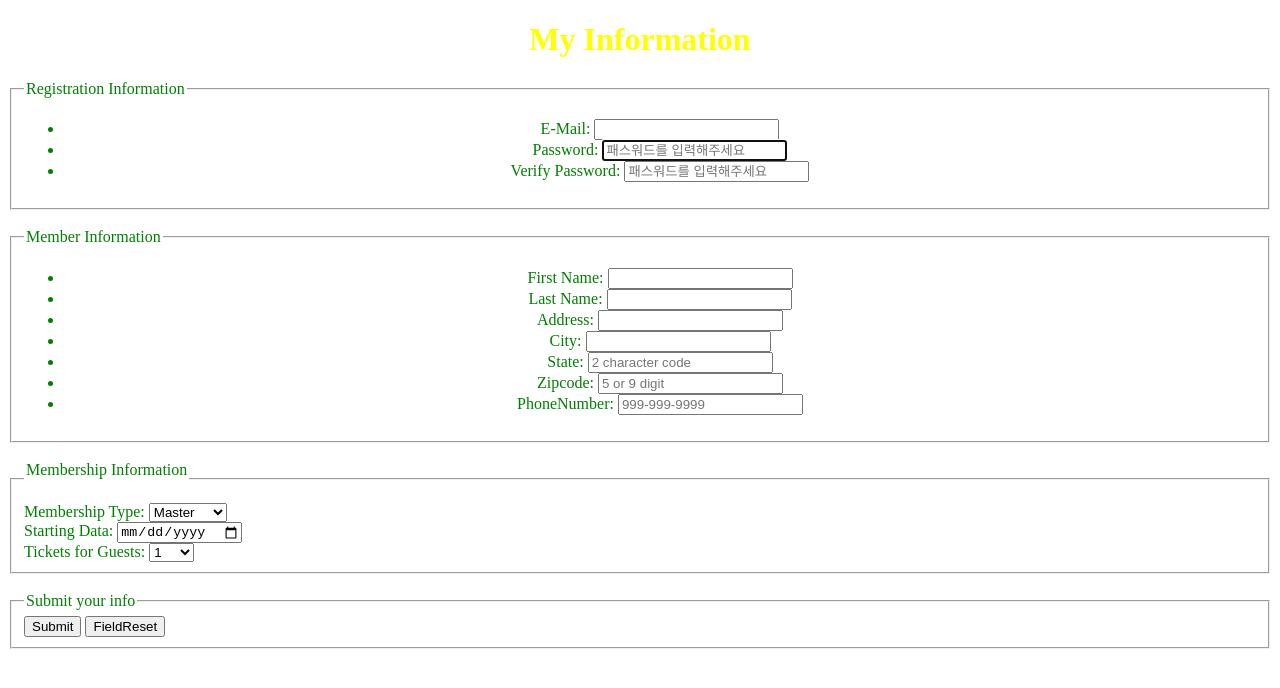
Repository: hyungju2/SSAFY_JavaPractice
Page: 20190211_HTML/web_java/HTMLProject/WebContent/html/hwfront01_서울_6반_이형주.html
The author's editor kept a copy of each file at every save. The page is drawn from the files as they stood at one save, then again after the next save.
The browser window is 1280 px wide. The pictures show the whole page.

Above is the page before, as saved 2019-02-11 09:15:44.

### 20190211_HTML/web_java/HTMLProject/WebContent/html/hwfront01_서울_6반_이형주.html
<!DOCTYPE html>
<html>
<head>
<meta charset="EUC-KR">
<title>Become a Reamember</title>
</head>
<body>
	<p align="center">
		<font color="yellow">
			<h1 align="center">My Information</h1>
		</font>
	<fieldset>
		<legend>
			<font color="green">Registration Information
		</legend>
		<!-- Field set안에서 사용되며, 내용을 설명해줌. -->
		<ul>
			<li align="center"><label for="name">E-Mail:</label> <input
				type="text" , id="id"></li>
			<li align="center"><label for="password">Password:</label> <input
				type="password" , id="password" autofocus required="required"
				placeholder="패스워드를 입력해주세요"></li>
			<li align="center"><label for="password">Verify
					Password:</label> <input type="password" , id="password" autofocus
				required="required" placeholder="패스워드를 입력해주세요"></li>
		</ul>
	</fieldset>

	<br>
	<fieldset>
		<legend>
			<font color="green">Member Information
		</legend>
		<!-- Field set안에서 사용되며, 내용을 설명해줌. -->
		<ul>
			<li align="center"><label for="firstname">First Name:</label> <input
				type="text" , id="id"></li>
			<li align="center"><label for="Lastname">Last Name:</label> <input
				type="password" , id="password"></li>
			<li align="center"><label for="address">Address:</label> <input
				type="text" , address="address"></li>
			<li align="center"><label for="City">City:</label> <input
				type="text" , city="city"></li>

			<li align="center"><label for="State">State:</label> <input
				type="text" , state="state" autofocus required="required"
				placeholder="2 character code"></li>
			<li align="center"><label for="State">Zipcode:</label> <input
				type="text" , Zipcode="Zipcode" autofocus required="required"
				placeholder="5 or 9 digit"></li>
			<li align="center"><label for="PhoneNumber">PhoneNumber:</label>
				<input type="text" , PhoneNumber="PhoneNumber" autofocus
				required="required" placeholder="999-999-9999"></li>
		</ul>
	</fieldset>
	<br>
	<fieldset>
		<legend>
			<font color="green">Membership Information <br> <br>
				</legend>
				Membership Type: <select name="position">
					<optgroup label="position">
						<option value="1">Master</option>
						<option value="2">Senior</option>
						<option value="3">Junior</option>
					</optgroup>
			</select> <br> <label for="firstname">Starting Data:</label> <input
				type="date" , id="id"> <br>
				Tickets for Guests: <select name="amount">
					<optgroup label="amount">
						<option value="1">1</option>
						<option value="2">2</option>
						<option value="3">3</option>
					</optgroup>
					</select>

	</fieldset>

	<br>

		<fieldset>
		<legend>
		<font color="green">Submit your info<br>
		</legend>

		<input type="submit" value="Submit">
		<input type="reset" value="FieldReset">

	</fieldset>
</body>
</html>

After the next save:
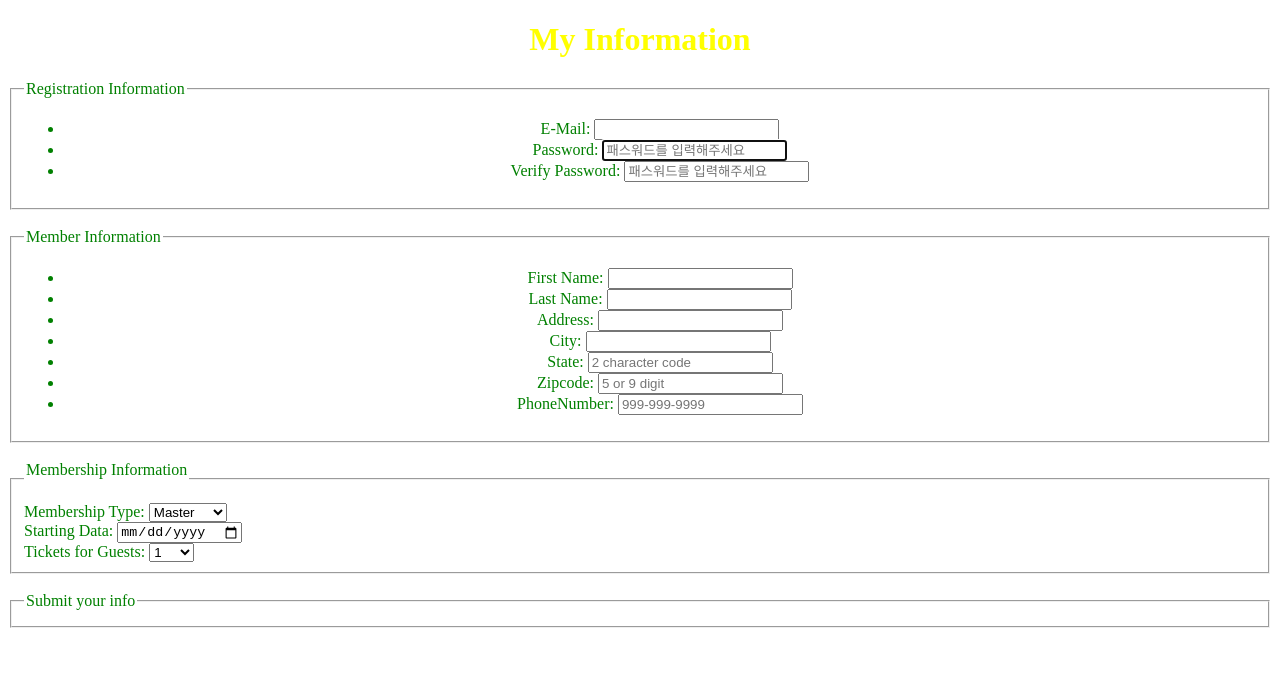
Saved 53 s later.
--- a/20190211_HTML/web_java/HTMLProject/WebContent/html/hwfront01_서울_6반_이형주.html
+++ b/20190211_HTML/web_java/HTMLProject/WebContent/html/hwfront01_서울_6반_이형주.html
@@ -83,8 +83,8 @@
 		<font color="green">Submit your info<br>
 		</legend>
 
-		<input type="submit" value="Submit">
-		<input type="reset" value="FieldReset">
+		<align="right" input type="submit" value="Submit">
+		<align="right" input type="reset" value="FieldReset">
 
 	</fieldset>
 </body>
